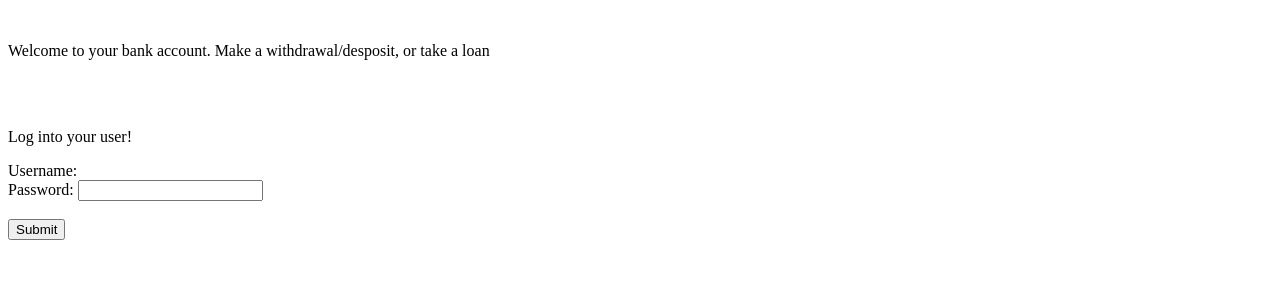
Repository: hcm4990/BankingApplicationRestAPI
Page: gs-serving-web-content-complete/src/main/resources/static/account.html
The author's editor kept a copy of each file at every save. The page is drawn from the files as they stood at one save, then again after the next save.
The browser window is 1280 px wide. The pictures show the whole page.

Above is the page before, as saved 2020-04-06 15:14:16.

After the next save:
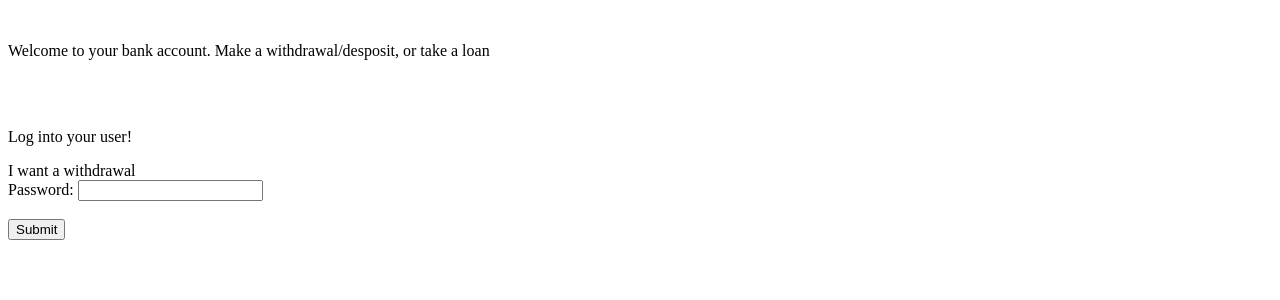
Saved 7 s later.
--- a/gs-serving-web-content-complete/src/main/resources/static/account.html
+++ b/gs-serving-web-content-complete/src/main/resources/static/account.html
@@ -11,7 +11,7 @@
 	<br>
 	<p><p>Log into your user!</p>
 	<form action="/transaction">
-		<label for="user_id">Username:</label><br>
+		<label for="user_id">I want a withdrawal</label><br>
 		<label for="pass_word">Password:</label> <input type="text" id="pass_word"
 			name="pass_word"><br>
 		<br> <input type="submit" value="Submit">
